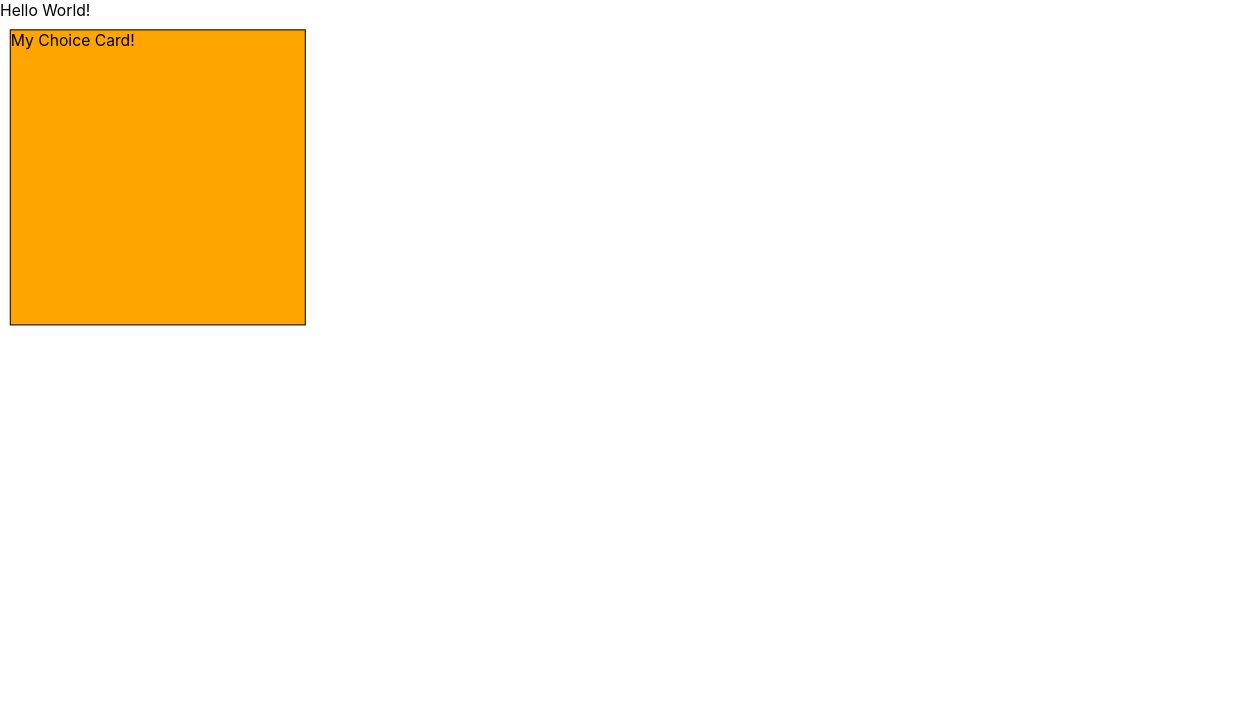
Repository: tts2610/React-Intro
Page: /
The author's editor kept a copy of each file at every save. The page is drawn from the files as they stood at one save, then again after the next save.
The browser window is 1280 px wide. The pictures show the whole page, at 98% of full size.
The project was rebuilt for these pictures with package versions that can differ from the ones it lists, and the page was loaded fresh each time. Also part of the build but not shown: src/components/Box.js, src/components/List.js.

Above is the page before, as saved 2020-05-25 14:00:11.

After the next save:
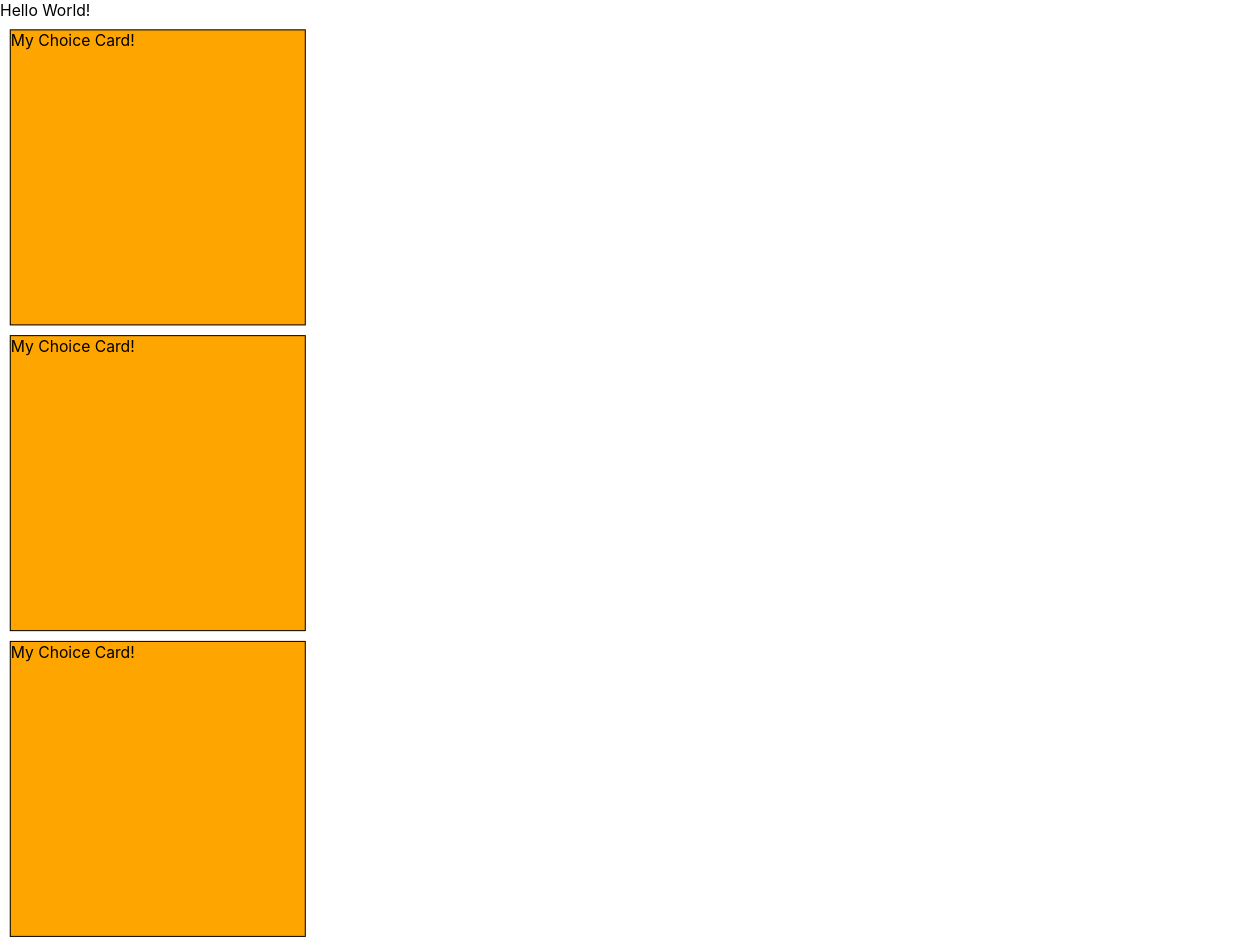
Saved 37 s later.
--- a/src/App.js
+++ b/src/App.js
@@ -8,7 +8,9 @@ function App() {
   return (
     <div>
       Hello World!
-      <ChoiceCard/>
+      <ChoiceCard color="red" />
+<ChoiceCard color="white" />
+<ChoiceCard color="blue" />
     </div>
   );
 }
